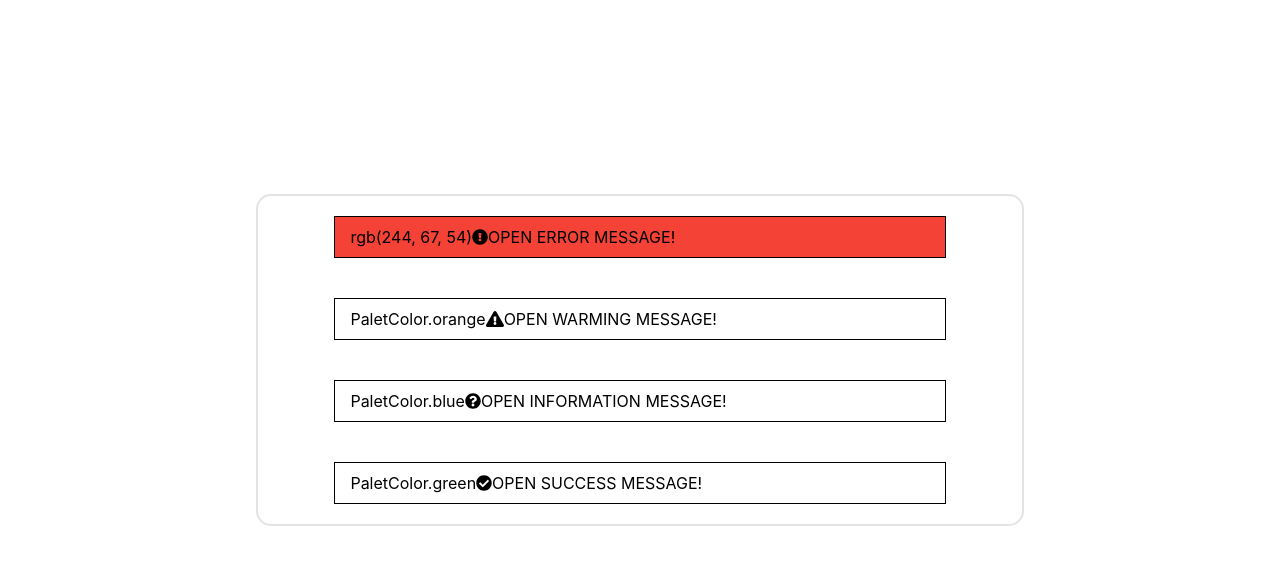
Repository: KrzysKolo/sr_tydzien5_zad2
Page: /
The author's editor kept a copy of each file at every save. The page is drawn from the files as they stood at one save, then again after the next save.
The browser window is 1280 px wide. The pictures show the whole page.
The project was rebuilt for these pictures with package versions that can differ from the ones it lists, and the page was loaded fresh each time.

Above is the page before, as saved 2020-12-21 18:01:06.

### public/index.html
<!DOCTYPE html>
<html lang="en">
  <head>
    <meta charset="utf-8" />
    <link rel="icon" href="%PUBLIC_URL%/favicon.ico" />
    <meta name="viewport" content="width=device-width, initial-scale=1" />
    <meta name="theme-color" content="#000000" />
    <meta
      name="description"
      content="Web site created using create-react-app"
    />
    <link rel="apple-touch-icon" href="%PUBLIC_URL%/logo192.png" />
    <!--
      manifest.json provides metadata used when your web app is installed on a
      user's mobile device or desktop. See https://developers.google.com/web/fundamentals/web-app-manifest/
    -->
    <link rel="manifest" href="%PUBLIC_URL%/manifest.json" />
    <!--
      Notice the use of %PUBLIC_URL% in the tags above.
      It will be replaced with the URL of the `public` folder during the build.
      Only files inside the `public` folder can be referenced from the HTML.

      Unlike "/favicon.ico" or "favicon.ico", "%PUBLIC_URL%/favicon.ico" will
      work correctly both with client-side routing and a non-root public URL.
      Learn how to configure a non-root public URL by running `npm run build`.
    -->
    <title>Zad 2 - snackbar</title>
  </head>
  <body>
    <noscript>You need to enable JavaScript to run this app.</noscript>
    <div id="root"></div>
    <!--
      This HTML file is a template.
      If you open it directly in the browser, you will see an empty page.

      You can add webfonts, meta tags, or analytics to this file.
      The build step will place the bundled scripts into the <body> tag.

      To begin the development, run `npm start` or `yarn start`.
      To create a production bundle, use `npm run build` or `yarn build`.
    -->
  </body>
</html>

### src/App.js
import React from 'react';
import Buttons from './components/Buttons';
import './App.css';
const App = () => {
  return (
    <div className="wrapper--btn">
      <Buttons />
    </div>
  )
}

export default App;

### src/components/Buttons.js
import React from 'react';
import PaletColors from './../colors/PaletColors';
import ButtonsData from './../data/ButtonsData';
import Button from './Button';

const Buttons = () => {
    return (
        <>
            {ButtonsData.map(button =>
                <Button key={button.id} data={button} />
            )}
        </>
    )
}

export default Buttons;

### src/App.css
* {
  box-sizing: border-box;
  margin: 0;
  position: relative;
}
body {
  width: 100vw;
  height: 100vh;
  display: flex;
  flex-direction: row;
  justify-content: center;
  align-items: center;
}
.wrapper--btn {
  border: 2px solid #e3e3e3;
  border-radius: 15px;
  width: 60vw;
  display: flex;
  flex-direction: column;
  justify-content: center;
  align-items: center;
}
.btn {
  border: 1px solid black;
  padding: 10px 15px;
  margin: 20px;
  width: 80%;
}

### src/colors/PaletColors.js
const PaletColors = {
    "red": "rgb(244, 67, 54)",
    "orange": "rgb(255, 152, 0)",
    "blue": "rgb(33, 150, 243)",
    "green": "rgb(76, 175, 80)",
    "maroon": "rgb(124, 0, 0)",
    "navy": "rgb(44, 44, 96)",
    "white": "rgb(240, 239, 244)",
    "black": "rgb(0, 0, 0)",
};

  export default PaletColors;

### src/data/ButtonsData.js
const ButtonsData = [
    {
      id: 0,
      name: "OPEN ERROR MESSAGE!",
      event: "handleClickError",
      color: "rgb(244, 67, 54)",
      icon: "faExclamationCircle"
    },
    {
      id: 1,
      name: "OPEN WARMING MESSAGE!",
      event: "handleClickWarming",
      color: "PaletColor.orange",
      icon: "faExclamationTriangle",
    },
    {
      id: 2,
      name: "OPEN INFORMATION MESSAGE!",
      event: "handleClickInformation",
      color: "PaletColor.blue",
      icon: "faQuestionCircle",
    },
    {
      id: 3,
      name: "OPEN SUCCESS MESSAGE!",
      event: "handleClickSuccess",
      color: "PaletColor.green",
      icon: "faCheckCircle",
    },

  ]
 export default ButtonsData;

### src/components/Button.js
import React, { useState } from 'react';
import Icons from './Icons';
import PaletColor from './../colors/PaletColors';

const Button = ({ data} ) => {

    return (
        <div className="btn"
        onClick={data.event}
        style={{backgroundColor: `${data.color}` }}>{data.color}
            <Icons icon={data.icon}/>
             {data.name}
        </div>
    )
}

export default Button;

### src/components/Icons.js
import React from 'react';
import { FontAwesomeIcon } from '@fortawesome/react-fontawesome';
import { faCheckCircle, faQuestionCircle, faExclamationTriangle, faExclamationCircle } from '@fortawesome/free-solid-svg-icons';

const Icons = ({icon}) => {

        switch (icon) {
            case 'faExclamationCircle': return <FontAwesomeIcon icon={faExclamationCircle} />;
            case 'faExclamationTriangle': return <FontAwesomeIcon icon={faExclamationTriangle} />;
            case 'faQuestionCircle': return <FontAwesomeIcon icon={faQuestionCircle} />;
            case 'faCheckCircle': return <FontAwesomeIcon icon={faCheckCircle} />;
            default: return null;
            }



}

export default Icons;

Loaded but not shown: src/index.js (common file); src/index.css (common file)

After the next save:
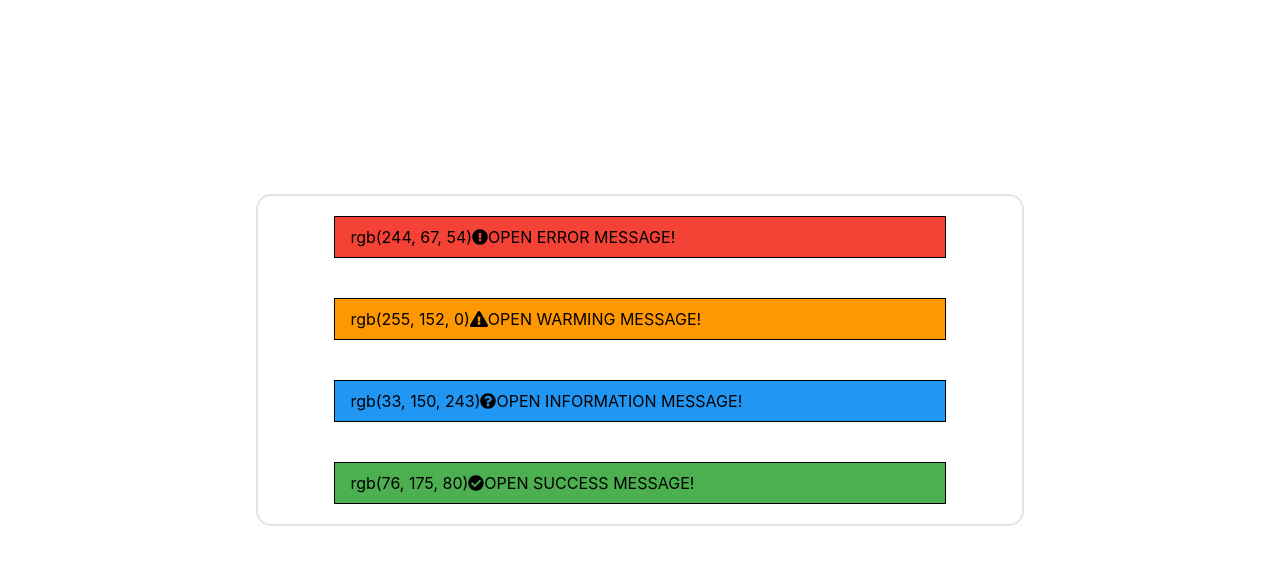
Saved 77 s later.
--- a/src/data/ButtonsData.js
+++ b/src/data/ButtonsData.js
@@ -10,21 +10,21 @@ const ButtonsData = [
       id: 1,
       name: "OPEN WARMING MESSAGE!",
       event: "handleClickWarming",
-      color: "PaletColor.orange",
+      color: "rgb(255, 152, 0)",
       icon: "faExclamationTriangle",
     },
     {
       id: 2,
       name: "OPEN INFORMATION MESSAGE!",
       event: "handleClickInformation",
-      color: "PaletColor.blue",
+      color: "rgb(33, 150, 243)",
       icon: "faQuestionCircle",
     },
     {
       id: 3,
       name: "OPEN SUCCESS MESSAGE!",
       event: "handleClickSuccess",
-      color: "PaletColor.green",
+      color: "rgb(76, 175, 80)",
       icon: "faCheckCircle",
     },
 
